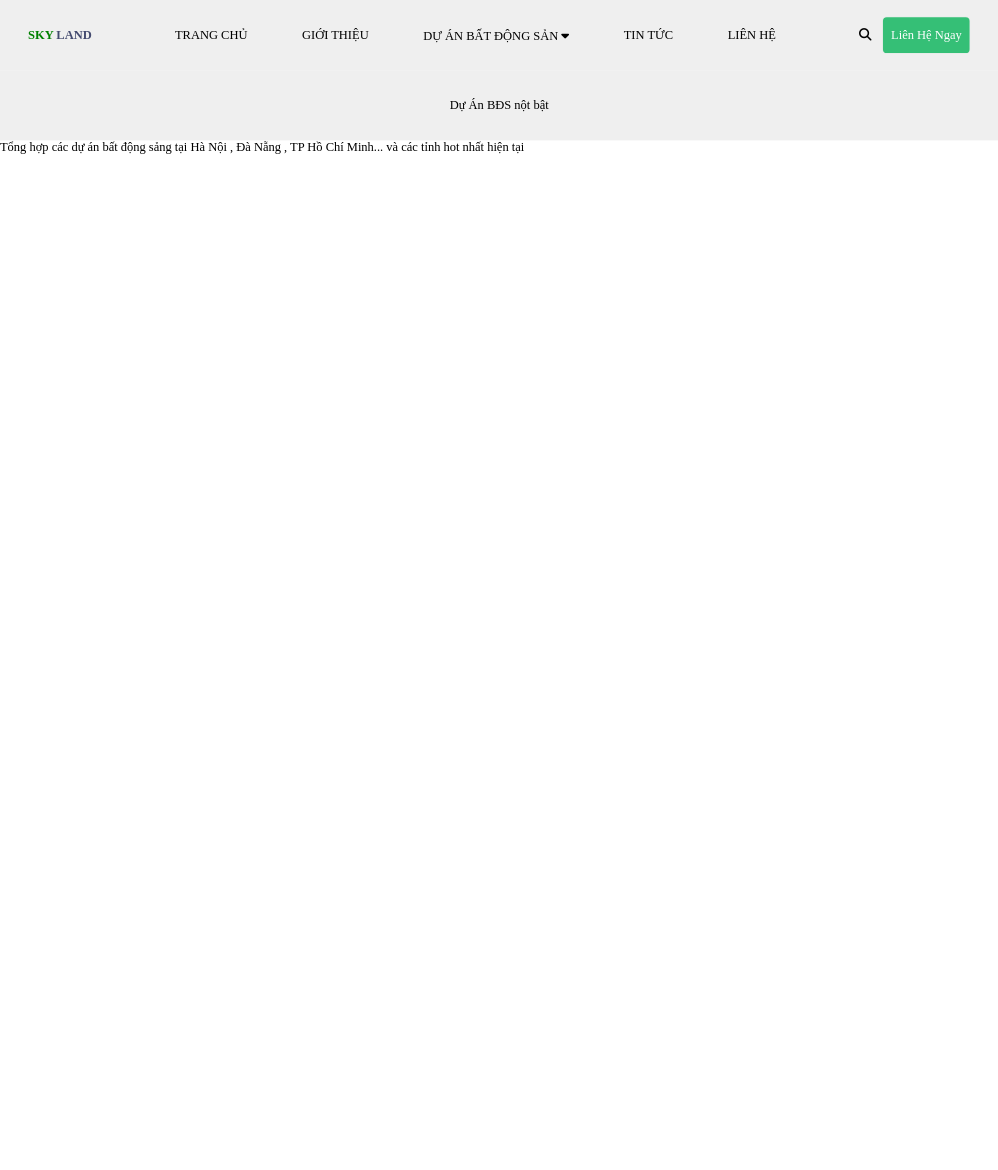
Repository: HuynhDuc23/Webvideodesgin
Page: htmlcssNangCao/index.html
These files come from the project's save history. The page is drawn as it stood at one moment and after the next save; the edit follows.
The browser window is 1280 px wide. The pictures show the whole page, at 78% of full size.
The style sheet was rebuilt from its Sass, Less or Tailwind sources for each picture, by a compiler version that may differ from the author's.

Above is the page before, as saved 2023-04-30 09:13:44.

### htmlcssNangCao/index.html
<html lang="en">
<head>
    <meta charset="UTF-8">
    <meta http-equiv="X-UA-Compatible" content="IE=edge">
    <meta name="viewport" content="width=device-width, initial-scale=1.0">
    <link rel="stylesheet" href="./reset.css">
    <link rel="stylesheet" href="https://cdnjs.cloudflare.com/ajax/libs/font-awesome/6.4.0/css/all.min.css" integrity="sha512-iecdLmaskl7CVkqkXNQ/ZH/XLlvWZOJyj7Yy7tcenmpD1ypASozpmT/E0iPtmFIB46ZmdtAc9eNBvH0H/ZpiBw==" crossorigin="anonymous" referrerpolicy="no-referrer" />
    <link rel="stylesheet" href="./style.css">

    <title>Document</title>
</head>
<body>
    <div class="skyland">
        <div class="skyland__top">
            <div class="skyland__header">
                <h1 class="skyland__left1">Sky <span>Land</span> </h1>
            </div>
            <div class="skyland__left">
                <ul class="list">
                    <li class="items">Trang Chủ</li>
                    <li class="items">Giới Thiệu</li>
                    <li class="items">Dự Án Bất Động Sản
                        <i class="fa-solid fa-caret-down caret-down"></i>
                    </li>
                    <li class="items">Tin Tức</li>
                    <li class="items">Liên Hệ</li>
                </ul>
            </div>
            <div class="iconbutton">
                <i class="fa-solid fa-magnifying-glass icon-search"></i>
                <span class="text">Liên Hệ Ngay</span>
            </div>
        </div>
        <div class="skyland__center">
            <div class="skyland__center__top">
                <span class="skyland__top">Dự Án BĐS nột bật </span>
                <h3 class="paragrap">Tổng hợp các dự án bất động sảng tại Hà Nội , Đà Nẵng , TP Hồ Chí Minh... và các tỉnh hot nhất hiện tại</h3>
            </div>
        </div>
    </div>
</body>
</html>

### htmlcssNangCao/style.scss

html {
    margin: 0;
    padding: 0;
    box-sizing:border-box ;
}
.skyland {
    width: 100%;
    height: 1500px;
    background-color: white;
    &__top {

        width: 100%;
        height: 90px;
        background-color: #eeee;
        display: flex;
        align-items: center;
        justify-content: space-around;
    }
    &__left {
        .list {
          display: flex;
        }
        .items {
            padding: 0 35px;
            text-transform: uppercase;
            cursor: pointer;
        }
    }
    &__header{
        h1 {
            font-weight: bold;
            cursor: pointer;
             text-transform: uppercase;
             color: green;
        }
        span {
            color:#434a6f;
        }
    }
    .iconbutton {

        .text {
            color: white;
            display: inline-block;
            line-height: 1.6;
            padding-left: 10px;
            cursor: pointer;
            background-color: #35bf76;
         padding: 10px 10px;
         border: 1px solid #eeee;
         border-radius: 6px;
         line-height: 1.6;
         opacity: 1;
         font-weight: 500;
         &:hover {
            opacity: 0.8;
         }
        }
        .icon-search {
            color:black;
            padding-right: 10px;
            cursor: pointer;

        }
    }
}

Loaded but not shown: htmlcssNangCao/reset.css (common file)

After the next save:
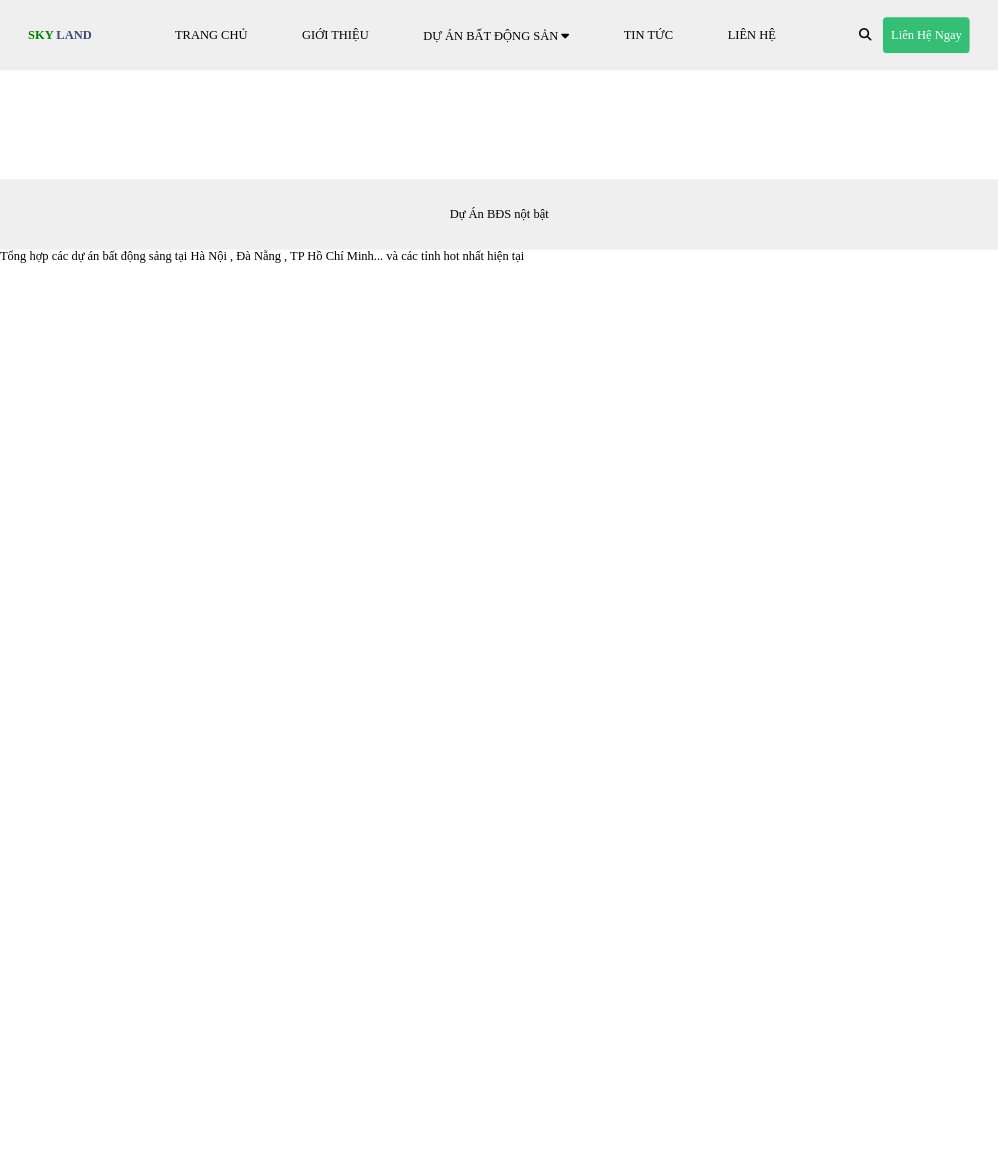
Saved 70 s later.
--- a/htmlcssNangCao/style.scss
+++ b/htmlcssNangCao/style.scss
@@ -64,4 +64,7 @@
 
         }
     }
+    &__center {
+        margin-top:140px;
+    }
 }

After the 2 saves that followed:
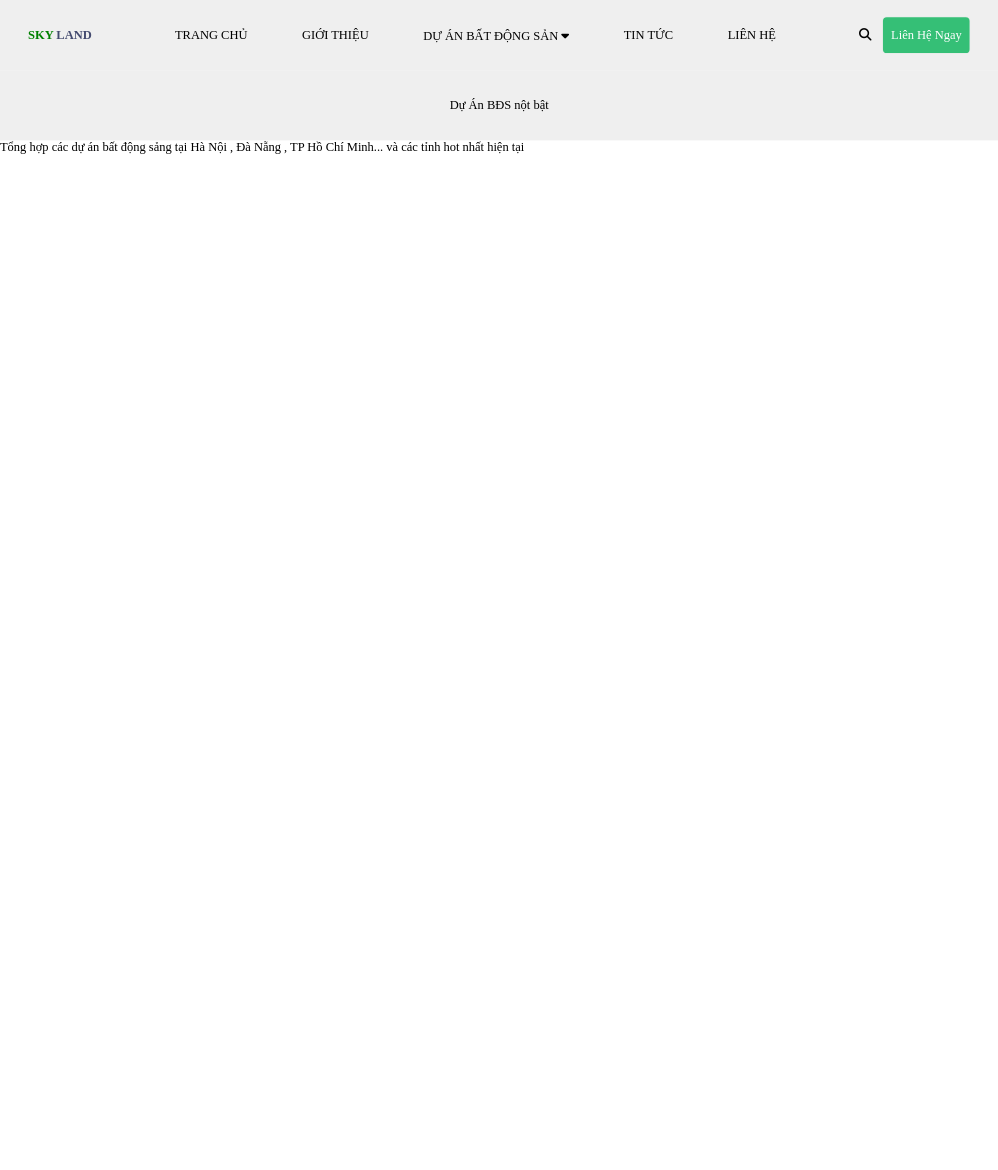
The 2 saves are shown as one change because 1 did not build or start.
The last was saved 22 s later.
--- a/htmlcssNangCao/style.scss
+++ b/htmlcssNangCao/style.scss
@@ -64,7 +64,6 @@
 
         }
     }
-    &__center {
-        margin-top:140px;
-    }
+
+
 }
